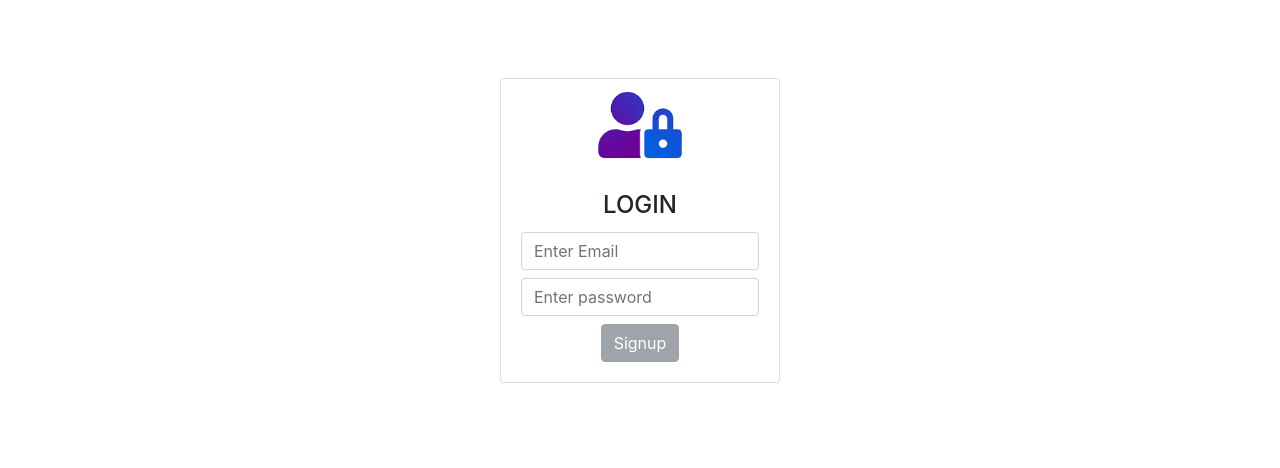
Repository: hosseinemami1370/iranicard
Page: /signup
An editor plug-in stored every save of this project. The page is shown before and after the next save, followed by the edit.
The browser window is 1280 px wide. The pictures show the whole page.
The project was rebuilt for these pictures with package versions that can differ from the ones it lists, and the page was loaded fresh each time. The framework's server and built-in components were replaced by stand-ins that run in the browser. Also part of the build but not shown: nuxt.config.js, components/Header.vue, components/Logo.vue, components/UI/AppButton.vue, components/navigation/Header.vue, layouts/error.vue, layouts/header.vue.

Above is the page before, as saved 2021-03-15 12:42:52.

### layouts/default.vue
<template>
  <div>

    <Nuxt />
  </div>
</template>
<script>
// import Header from '@/components/navigation/Header'
 export default {
//    components:{
//      Header
//    }
computed:{

    loadedData() {
      return this.$store.getters.isAuthenticated

  }
}
 }

</script>

<style>
html {
  font-family:
    'Source Sans Pro',
    -apple-system,
    BlinkMacSystemFont,
    'Segoe UI',
    Roboto,
    'Helvetica Neue',
    Arial,
    sans-serif;
  font-size: 16px;
  word-spacing: 1px;
  -ms-text-size-adjust: 100%;
  -webkit-text-size-adjust: 100%;
  -moz-osx-font-smoothing: grayscale;
  -webkit-font-smoothing: antialiased;
  box-sizing: border-box;
}

*,
*::before,
*::after {
  box-sizing: border-box;
  margin: 0;
}

.button--green {
  display: inline-block;
  border-radius: 4px;
  border: 1px solid #3b8070;
  color: #3b8070;
  text-decoration: none;
  padding: 10px 30px;
}

.button--green:hover {
  color: #fff;
  background-color: #3b8070;
}

.button--grey {
  display: inline-block;
  border-radius: 4px;
  border: 1px solid #35495e;
  color: #35495e;
  text-decoration: none;
  padding: 10px 30px;
  margin-left: 15px;
}

.button--grey:hover {
  color: #fff;
  background-color: #35495e;
}
</style>

### store/index.js
import Vuex from "vuex";

import Cookie from "js-cookie";

const createStore =() =>{
   return new Vuex.Store({
    state:{
        loadedData:[],
        token:null,
        // visibelLogout:true
    },
    mutations:{
        SETTOKEN(state,token){
            state.token=token;
        },
        CLEARTOKEN(state) {
            state.token = null;
          },
          SETEDATA(state,data){
            state.loadedData=data;
          }
        // SETVISIBLE(state,visible){
        //     state.visibelLogout=visible
        // }
    },
    actions:{
        authenticationUser(vuexContext,authData){
            let authUrl =
          "https://www.googleapis.com/identitytoolkit/v3/relyingparty/verifyPassword?key=" +
          process.env.fbAPIKey;
        if (!authData.isLogin) {
          authUrl =
            "https://www.googleapis.com/identitytoolkit/v3/relyingparty/signupNewUser?key=" +
            process.env.fbAPIKey;
        }
        return this.$axios
          .$post(authUrl, {
            email: authData.email,
            password: authData.password,
            returnSecureToken: true
          })
          .then(result => {
            console.log("result:",result);
            vuexContext.commit("SETEDATA",result.email);
            vuexContext.commit("SETTOKEN", result.idToken);
            localStorage.setItem("token", result.idToken);
            localStorage.setItem("data",result.email);
            localStorage.setItem("isLogin",authData.isLogin)
            console.log("result.expiresIn",result.expiresIn);
            localStorage.setItem(
              "tokenExpiration",
              new Date().getTime() + Number.parseInt(result.expiresIn) * 1000
            );
            Cookie.set("jwt", result.idToken);
            Cookie.set(
              "expirationDate",
              new Date().getTime() + Number.parseInt(result.expiresIn) * 1000
            );
          })
          .catch(e => {
            console.log('error1:', e);
            alert("usre or password invalid!")
          });
        },
        initAuth(vuexContext, req) {
            let token;
            let expirationDate;
            if (req) {
              if (!req.headers.cookie) {
                return;
              }
              const jwtCookie = req.headers.cookie
                .split(";")
                .find(c => c.trim().startsWith("jwt="));
              if (!jwtCookie) {
                return;
              }
              token = jwtCookie.split("=")[1];
              expirationDate = req.headers.cookie
                .split(";")
                .find(c => c.trim().startsWith("expirationDate="))
                .split("=")[1];
            }
            else {
              token = localStorage.getItem("token");
              expirationDate = localStorage.getItem("tokenExpiration");
            }
            if (new Date().getTime() > +expirationDate || !token) {
              console.log("No token or invalid token");
              vuexContext.dispatch("logout");
              return;
            }
            vuexContext.commit("SETTOKEN", token);
          },
          logout(vuexContext) {
            vuexContext.commit("CLEARTOKEN");
            Cookie.remove("jwt");
            Cookie.remove("expirationDate");
            if (process.client) {
              localStorage.removeItem("token");
              localStorage.removeItem("tokenExpiration");
            }
          },
        // setVisible(vuexContext,payload){
        //     vuexContext.commit("SETVISIBLE", payload);
        // }
    },
    getters: {
      loadedData(state) {
        return state.loadedData;
      },
      isAuthenticated(state) {
        return state.token != null;
      },
      // loadedVisible(state){
      //   return state.visibelLogout
      // }
    }
   })
}
export default createStore;

### plugins/core-component.js
import Vue from 'vue';
import AppButton from '@/components/UI/AppButton'
import Vuelidate from 'vuelidate'
Vue.use(Vuelidate)
Vue.component('AppButton', AppButton)

### pages/signup/index.vue
<template>
  <div class="admin-auth-page">
    <div class="auth-container">
      <b-card
        title="LOGIN"
        style="max-with: 10rem"
        class="mt-5 text-center"
        img-src="@/assets/download.png"
        img-top
      >
        <b-form @submit.prevent="onSubmit">
          <b-form-input
            :class="{ error: $v.email.$error }"
            id="email"
            v-model.trim="email"
            @input="$v.email.$touch()"
            placeholder="Enter Email"
          >
          </b-form-input>
          <div v-if="$v.email.$dirty">
            <p class="error-message" v-if="!$v.email.email">
              Please enter a valid email address.
            </p>
            <p class="error-message" v-if="!$v.email.required">
              Email must not be empty.
            </p>
          </div>

          <b-form-input
            type="password"
            :class="{ error: $v.password.$error }"
            class="mt-2"
            required
            id="password"
            v-model.trim="password"
            @input="$v.password.$touch()"
            placeholder="Enter password"
          >
          </b-form-input>
          <div v-if="$v.password.$dirty">
            <p class="error-message" v-if="!$v.password.required">
              Password must not be empty.
            </p>
          </div>

          <b-form-input
            type="password"
            v-if="!isLogin"
            :class="{ error: $v.repeatPassword.$error }"
            class="mt-2"
            required
            id="password2"
            v-model.trim="repeatPassword"
            @input="$v.repeatPassword.$touch()"
            placeholder="Re-type password"
          >

          </b-form-input>
          <div v-if="$v.repeatPassword.$dirty">
              <p class="error-message" v-if="!$v.repeatPassword.sameAsPassword">
                Passwords must be identical.
              </p>

              <p class="error-message" v-if="!$v.repeatPassword.required">
                Password must not be empty.
              </p>
            </div>

          <div class="mt-2">
            <b-button type="submit" :disabled="$v.$invalid">Signup</b-button>

          </div>
        </b-form>
      </b-card>
    </div>
  </div>
</template>

<script>
import { required, minLength, email, sameAs } from "vuelidate/lib/validators";

export default {
  layout: "admin",
  // middelware:["check-login"],
  data() {
    return {
      isLogin: true,
      email: "",
      password: "",
      repeatPassword: "",
      message: "",
    };
  },
  validations: {
    email: {
      required,
      email,
    },
    password: {
      required,
      minLength: minLength(6),
    },
    repeatPassword: {
      required,
      minLength: minLength(6),
      sameAsPassword: sameAs("password"),
    },
  },

  methods: {
    onSubmit() {
      if (!this.$v.$invalid) {
        this.$store
          .dispatch("authenticationUser", {
            email: this.email,
            password: this.password,
            isLogin: this.isLogin,
          })
          .then(() => {
            this.$router.push("/user");
          });
      }
    },
  },
};
</script>

<style scoped>
.error-message {
  color: red;
}
.admin-auth-page {
  padding: 20px;
}

.auth-container {
  /* border: 1px solid #ccc;
  border-radius: 5px;
  box-shadow: 0 2px 2px #ccc; */
  width: 300px;
  margin: auto;
  padding: 10px;
  /* box-sizing: border-box; */
}
</style>

Loaded but not shown: layouts/admin.vue (common file)

After the next save:
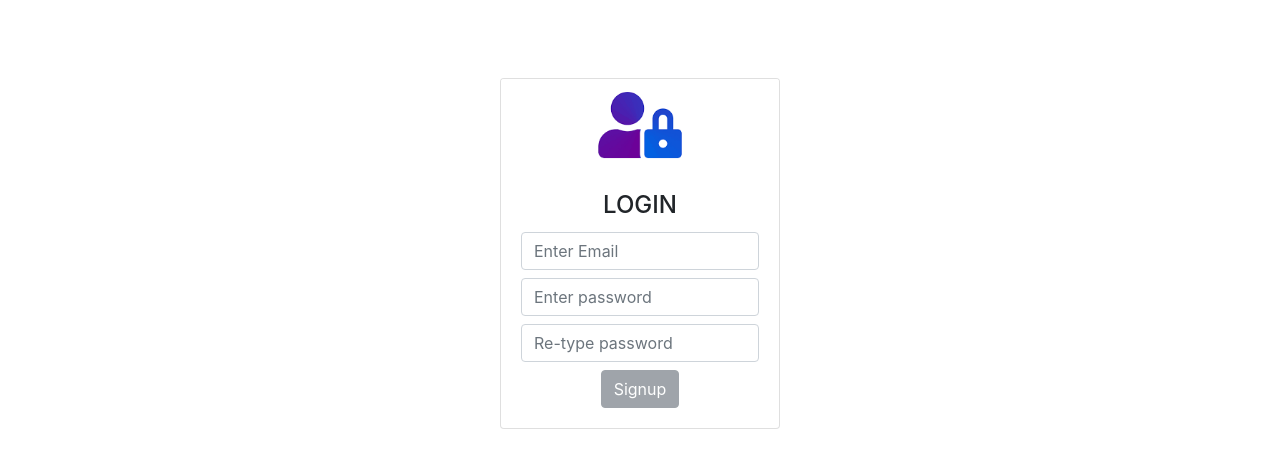
Saved 12 s later.
--- a/pages/signup/index.vue
+++ b/pages/signup/index.vue
@@ -45,7 +45,7 @@
 
           <b-form-input
             type="password"
-            v-if="!isLogin"
+
             :class="{ error: $v.repeatPassword.$error }"
             class="mt-2"
             required
